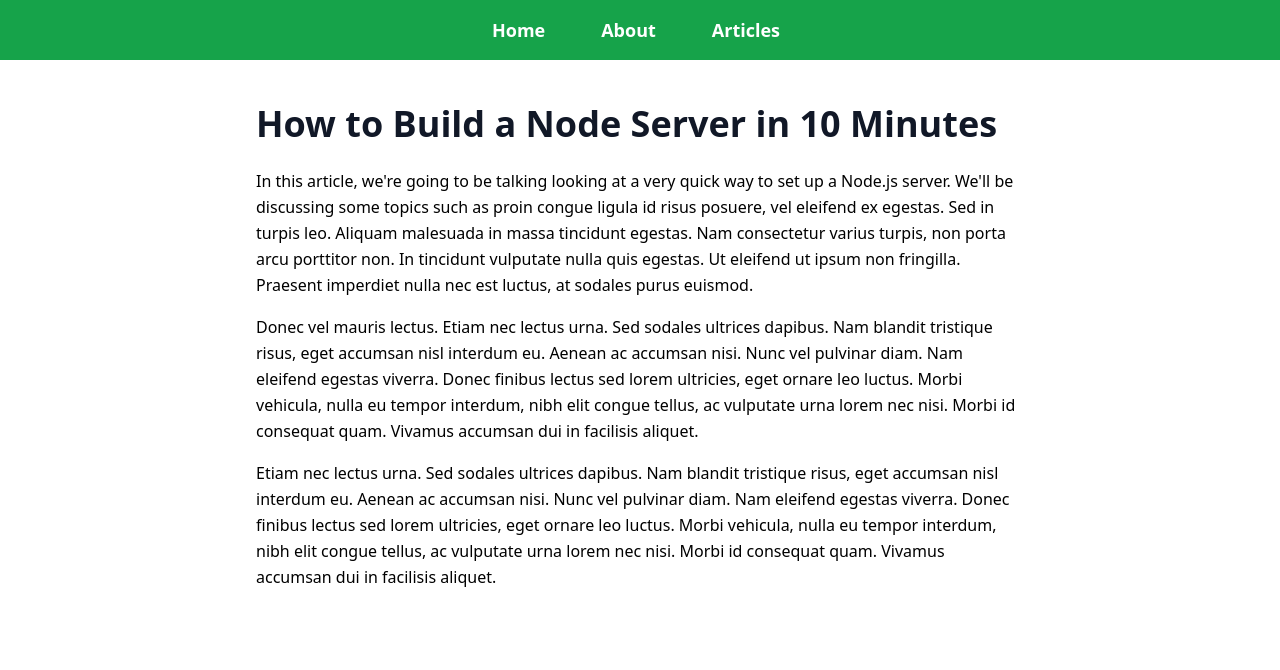
Repository: ymw0331/blog-mern-webapp
Page: /article/learn-node (app in client/)
These files come from the project's save history. The page is drawn as it stood at one moment and after the next save; the edit follows.
The browser window is 1280 px wide. The pictures show the whole page.
The project was rebuilt for these pictures with package versions that can differ from the ones it lists, and the page was loaded fresh each time. Also part of the build but not shown: client/src/pages/Home.js, client/src/pages/About.js, client/src/components/Articles.js, client/src/pages/ArticlesList.js.

Above is the page before, as saved 2022-12-10 21:36:13.

After the next save:
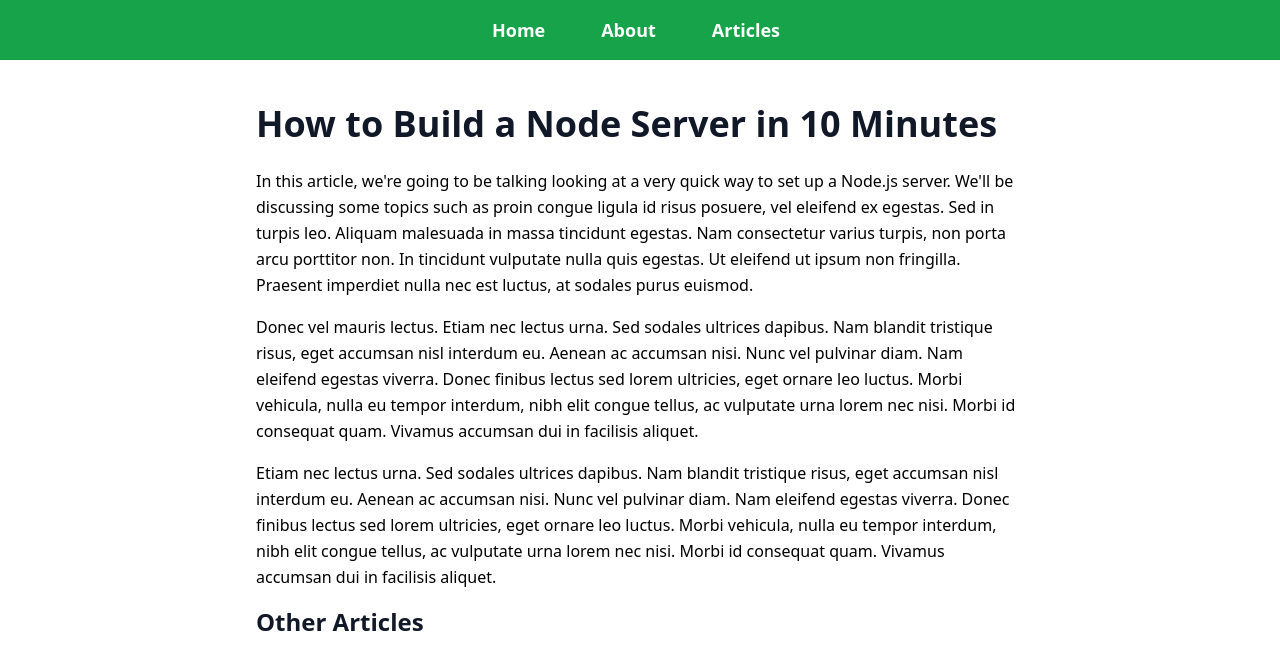
Saved 7 s later.
--- a/client/src/pages/Article.js
+++ b/client/src/pages/Article.js
@@ -17,7 +17,10 @@ const Article = () => {
           {paragraph}
         </p>
       ))}
-      <h1 className='sm:text-2xl text-xl font-bold my-4 text-gray-900'></h1>
+      <h1 className='sm:text-2xl text-xl font-bold my-4 text-gray-900'>
+        {' '}
+        Other Articles
+      </h1>
     </>
   );
 };
